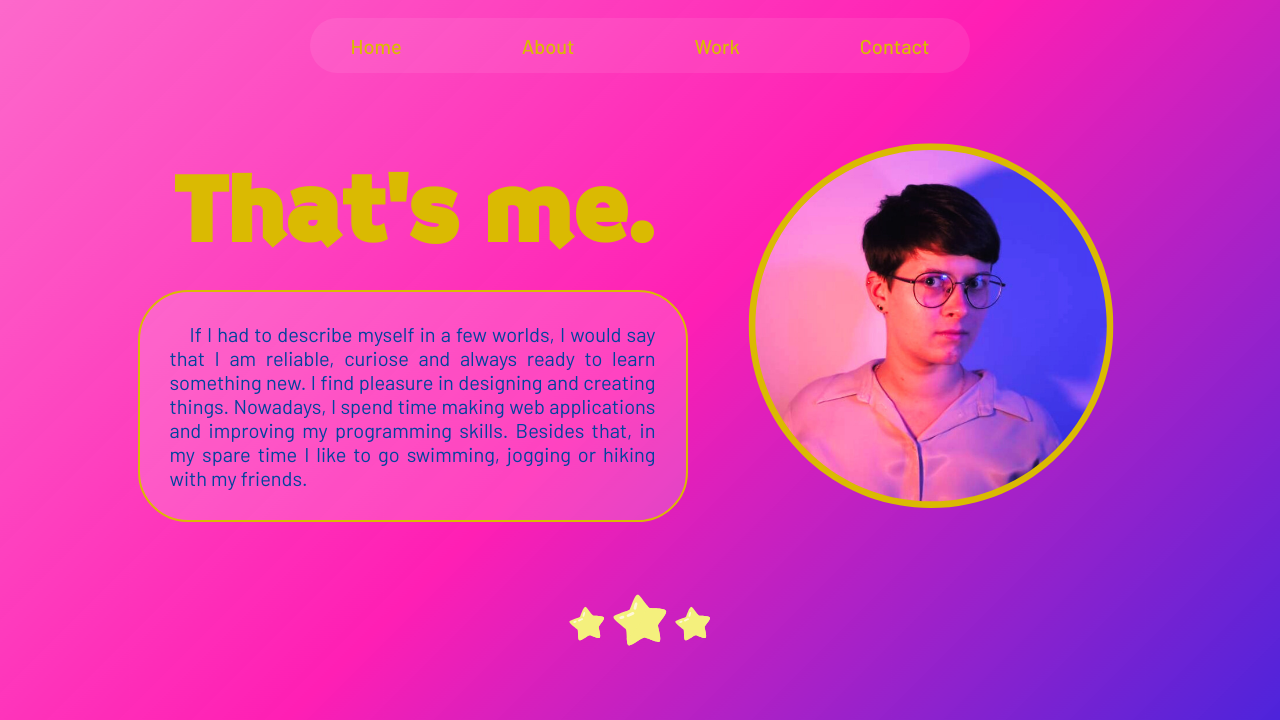
Repository: JJonka/portfolio_site
Page: /about
The author's editor kept a copy of each file at every save. The page is drawn from the files as they stood at one save, then again after the next save.
The browser window is 1280 px wide. The pictures show the whole page.
The project was rebuilt for these pictures with package versions that can differ from the ones it lists, and the page was loaded fresh each time. Also part of the build but not shown: vite.config.ts, src/pages/HomePage.tsx, src/components/LogoIcon.module.scss, src/components/LogoIcon.tsx, src/pages/Contact.tsx, src/pages/Work.module.scss, src/pages/Work.tsx.

Above is the page before, as saved 2023-10-08 12:19:21.

### index.html
<!doctype html>
<html lang="en">
  <head>
    <meta charset="UTF-8" />
    <link rel="icon" href="./src/assets/jj_logo.svg">
    <meta name="viewport" content="width=device-width, initial-scale=1.0" />
    <title>Joanna Jurasz - software developer</title>
  </head>
  <body>
    <div id="root"></div>
    <script type="module" src="/src/index.tsx"></script>
  </body>
</html>

### src/index.tsx
import React from 'react';
import ReactDOM from 'react-dom/client';
import App from './App';
import { BrowserRouter } from 'react-router-dom';


const root = ReactDOM.createRoot( document.getElementById('root') as HTMLElement);

root.render(
  <BrowserRouter>
    <App />
  </BrowserRouter>
);

### src/App.tsx
import { Routes, Route } from 'react-router-dom';
import HomePage from './pages/HomePage';
import About from './pages/About';
import Contact from './pages/Contact';
import Work from './pages/Work';
import './App.css'


const App = () => {
    return (
      <div>
      <div className='mainBackground' />
      <div className='layer1' />
      <div className='layer2' />

      <Routes>
        <Route path='/' element={ <HomePage /> } />
        <Route path='/about' element={ <About /> } />
        <Route path='/work' element={ <Work /> } />
        <Route path='/contact' element={ <Contact /> }/>
      </Routes>
      </div>
    )
}

export default App;

### src/pages/About.tsx
import Menu from "../components/Menu";
import styles from "./About.module.scss"
import EndOfSection from "../components/EndOfSection";

const About = () => {
    return (
        <div className={styles.card}>
            <Menu></Menu>
            <div className={styles.container}>
                <div className={styles.text}>
                    <h1 className={styles.header}>That's me.</h1>
                    <div className={styles.box}>
                        <p className={styles.aboutMe}>&emsp;If I had to describe myself in a few worlds, I would say that I am reliable,
                            curiose and always ready to learn something new. I find pleasure in designing and creating things. Nowadays,
                            I spend time making web applications and improving my programming skills. Besides that, in my spare time
                            I like to go swimming, jogging or hiking with my friends.
                        </p>
                    </div>
                </div>
                <img src="/src/assets/jj.svg" className={styles.image} alt="Jo_pic"></img>
            </div>
            <EndOfSection></EndOfSection>
        </div>
    )
};

export default About;

### src/App.css
@font-face {
  font-family: 'Barlow-Light';
  src: url(/fonts/Barlow-Light.ttf);
}

@font-face {
	font-family: 'Barlow-Regular' ;
	src: url(/fonts/Barlow-Regular.ttf);
}

body {
	display: flex;
	flex-direction: column;
    align-items: center;
    font-family: 'Barlow-Light';
	text-align: center;
    padding-left: calc(100vw - 100%);
    --main-color: #daba02;
}

.mainBackground {
    background-image: linear-gradient(135deg, #fc79d0 10%, #ff00aaec 50% , #2719e0 85%);
    animation: slide 8s linear infinite alternate;
    animation-fill-mode: backwards;
    animation-delay: -1s;
    position: fixed;
    top: 0;
    bottom: 0;
    left: -50%;
    right: -50%;
    opacity: 0.95;
    z-index: -1;
}




@keyframes slide {
    0% {
        transform: translateX(-20%);
    }
    100% {
        transform: translateX(5%);
    }

}

### src/components/Menu.tsx
import styles from "./Menu.module.scss";
import  LinkToPage  from "./LinkToPage"

const Menu = () => {

    return (
        <div className={styles.menu}>
            <LinkToPage
                link = {'/'}
                urlTo = {"http://localhost:5173/"}
                linkTitle= {"Home"}
            ></LinkToPage>
            <LinkToPage
                link = {'/about'}
                urlTo = {"http://localhost:5173/about"}
                linkTitle= {"About"}
            ></LinkToPage>
            <LinkToPage
                link = {'/work'}
                urlTo = {"http://localhost:5173/work"}
                linkTitle= {"Work"}
            ></LinkToPage>
            <LinkToPage
                link = {'/contact'}
                urlTo = {"http://localhost:5173/contact"}
                linkTitle= {"Contact"}
            ></LinkToPage>
        </div>
    )
};

export default Menu;

### src/pages/HomePage.module.scss
@font-face {
    font-family: 'BraahOne-Regular';
    src: url(/fonts/BraahOne-Regular.ttf);
}

.header {
    color: var(--main-color);
    font-family: "BraahOne-Regular";
    font-size: 130px;
    margin-bottom: 10px;
    margin-top: 25px;
}

.introduction {
    color: var(--main-color);
    font-family: "BraahOne-Regular";
    font-size: 40px;
    font-weight: 50;
    margin-top: 5px;

}

.imgTop {
    position: absolute;
    top: 20px;
    left: 0;
    max-width: 40%;
    max-height: 40%;
    -webkit-transform: scaleX(-1);
    transform: scaleX(-1);
}

.imgBottom {
    position: absolute;
    bottom: 0;
    right: 0;
    max-width: 40%;
    max-height: 40%;
}

.container {
    display: flex;
    flex-direction: column;
    align-items: center;
    position: relative;
    width: 1300px;
    height: 600px;
}

.card {
    display: flex;
    flex-direction: column;
    align-items: center;
}

### src/pages/About.module.scss
@font-face {
	font-family: 'Barlow-Regular' ;
	src: url(/fonts/Barlow-Regular.ttf);
}

.card {
    display: flex;
    flex-direction: column;
    align-items: center;
}

.header {
    color: var(--main-color);
    font-family: "BraahOne-Regular";
    font-size: 100px;
    margin-bottom: 10px;
    margin-top: 15px;
}

.container {
    justify-content: center;
    display: flex;
    flex-direction: row;
    height: 450px;
    width: 1100px;
    gap: 50px;
    margin-bottom: 10px;
    margin-top: 20px;
}

.image {
    max-width: 90%;
    max-height: 90%;
}

.text {
    height: 400px;
    width: 550px;
    display: flex;
    flex-direction: column;
    align-items: center;
    justify-content: center;
}

.aboutMe {
    font-family: "Barlow-Regular";
    font-size: 20px;
    color:  rgb(0, 68, 157);
    margin: 0;
    padding: 30px;

}

.box {
    background-color: rgba(255, 255, 255, 0.16);
    border-color: var(--main-color);
    border-radius: 50px;
    border-style: solid;
    border-width: 2px;
    text-align: justify;
}

### src/components/EndOfSection.tsx
import styles from "./EndOfSection.module.scss"

const EndOfSection = () => {
    return (
        <img src="/src/assets/end_of_section.svg" className={styles.endOfSection}></img>
    )
}

export default EndOfSection

### src/pages/Contact.module.scss
@font-face {
	font-family: 'Barlow-Regular' ;
	src: url(/fonts/Barlow-Regular.ttf);
}
@font-face {
    font-family: 'Barlow-Medium';
    src: url(/fonts/Barlow-Medium.ttf);
}

.card {
    align-items: center;
    display: flex;
    flex-direction: column;
}

.container {
    display: flex;
    flex-direction: column;
    align-items: center;
    height: 500px;
    width: 1100px;
    margin-bottom: 100px;
}

.header {
    color: var(--main-color);
    font-family: "BraahOne-Regular";
    font-size: 70px;
    margin-bottom: 10px;
    margin-top: 30px;

}

.logos {
    display: flex;
    flex-direction: row;
    gap: 250px;
    margin-top: 50px;
    margin-bottom: 120px;
    justify-content: center;
    width: 1000px;
}

a {
    text-decoration: none;
}

### src/components/Menu.module.scss
@font-face {
    font-family: 'Barlow-Medium';
    src: url(/fonts/Barlow-Medium.ttf);
}


.menu {
    border-radius: 50px;
    font-family: 'Barlow-Medium';
    font-size: 20px;
    margin-top: 10px;
    margin-bottom: 30px;
    width: 620px;
    height: 15px;
    padding: 20px;
    display: flex;
    flex-direction: row;
    align-items: center;
    justify-content: center;
    column-gap: 30px;
    background-color:rgba(255, 255, 255, 0.083);;

}

### src/components/LinkToPage.tsx
import { Link } from "react-router-dom";
import styles from "./LinkToPage.module.scss"

interface LinkTo  {
    link: string
    urlTo: string
    linkTitle: string
}

const LinkToPage = (props: LinkTo) => {
    return (
        <div>
            <Link to={props.link} className={document.URL == props.urlTo ? styles.active : styles.link}>{props.linkTitle} </Link>
        </div>
    )
}

export default LinkToPage

### src/components/EndOfSection.module.scss
.endOfSection {
    max-width: 150px;
}

### src/components/LinkToPage.module.scss
.link {
    text-decoration: none;
    color: var(--main-color);
    margin: 10px 25px;
    padding: 5px 20px;
}

.link:hover {
    margin: 10px 25px;
    padding: 5px 20px;
    background-color: rgba(255, 255, 255, 0.259);
    border-radius: 50px;
    transition: background-color 1s;
}

.active {
    text-decoration: none;
    color: var(--main-color);
    margin: 10px 25px;
    padding: 5px 20px;
    background-color: rgba(255, 255, 255, 0.259);
    border-radius: 50px;
}

After the next save:
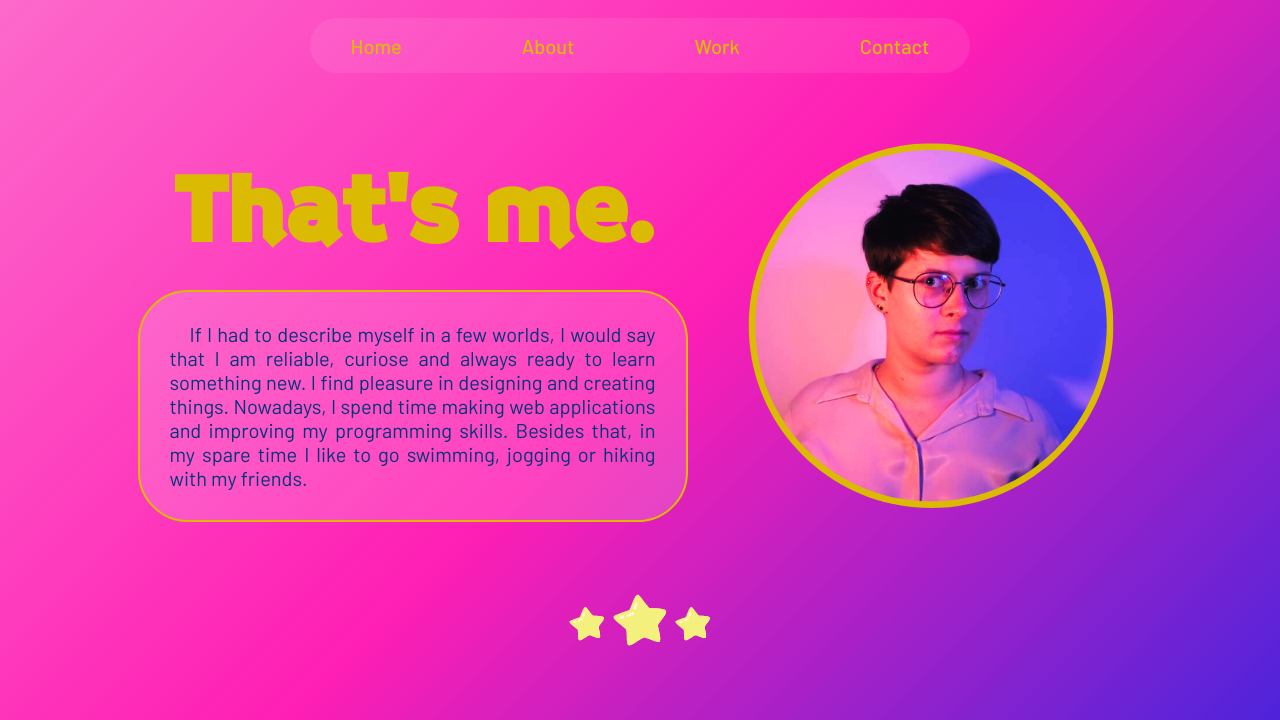
Saved 9 s later.
--- a/src/pages/About.module.scss
+++ b/src/pages/About.module.scss
@@ -45,7 +45,7 @@
 .aboutMe {
     font-family: "Barlow-Regular";
     font-size: 20px;
-    color:  rgb(0, 68, 157);
+    color:  rgb(3, 54, 121);
     margin: 0;
     padding: 30px;
 
